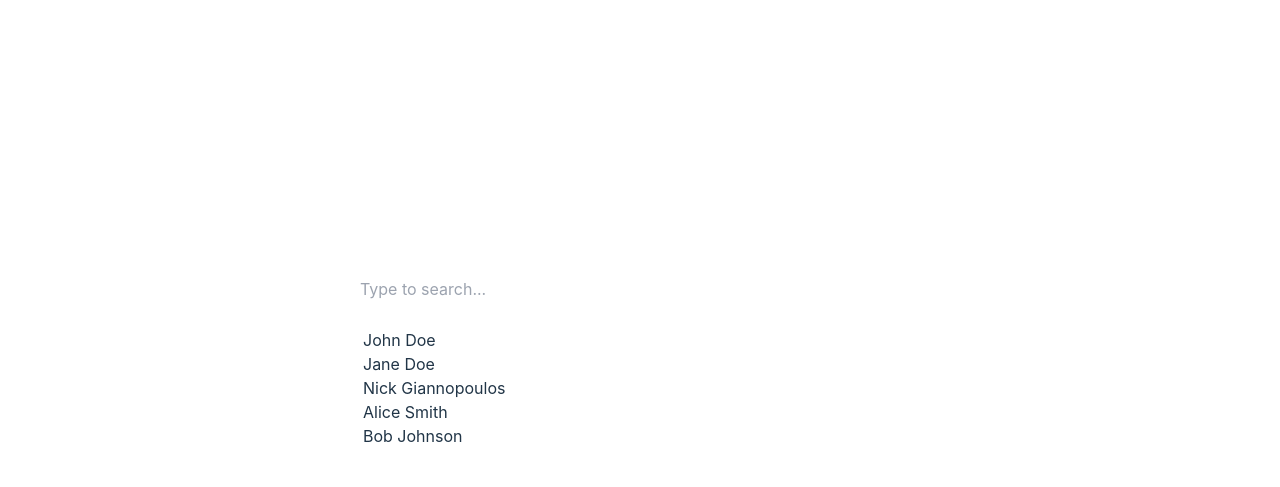
Repository: Ayansaxena24/Chip
Page: /
The author's editor kept a copy of each file at every save. The page is drawn from the files as they stood at one save, then again after the next save.
The browser window is 1280 px wide. The pictures show the whole page.
Some web libraries are served in a nearby version. The project was rebuilt for these pictures with package versions that can differ from the ones it lists, and the page was loaded fresh each time. Also part of the build but not shown: vite.config.ts, src/ChipInput.css.

Above is the page before, as saved 2024-01-16 03:27:33.

### index.html
<!doctype html>
<html lang="en">
  <head>
    <meta charset="UTF-8" />
    <link rel="icon" type="image/svg+xml" href="/vite.svg" />
    <meta name="viewport" content="width=device-width, initial-scale=1.0" />
    <script src="https://cdn.tailwindcss.com"></script>    <title>Vite + React + TS</title>
  </head>
  <body>
    <div id="root"></div>
    <script type="module" src="/src/main.tsx"></script>
  </body>
</html>

### src/App.tsx
import { BrowserRouter as Router, Routes, Route } from 'react-router-dom'
import ChipInput from './chipInput'

const App = () => {
  return (
    <Router>
      <Routes>
      <Route path="/" element={<ChipInput />} />
      </Routes>
    </Router>
  )
}

export default App

### src/ChipInput.tsx
// ChipInput.tsx

import React, {
  useState,
  useRef,
  useEffect,
  KeyboardEvent,
  ChangeEvent,
} from "react";
import "./ChipInput.css"; // Import your CSS file (e.g., TailwindCss/SCSS)

interface Chip {
  id: number;
  label: string;
}

const ChipInput: React.FC = () => {
  const [inputValue, setInputValue] = useState<string>("");
  const [chips, setChips] = useState<Chip[]>([]);
  const [filteredItems, setFilteredItems] = useState<string[]>([]);
  const inputRef = useRef<HTMLInputElement>(null);

  const items = [
    "John Doe",
    "Jane Doe",
    "Nick Giannopoulos",
    "Alice Smith",
    "Bob Johnson",
  ];

  useEffect(() => {
    setFilteredItems(
      items.filter((item) => !chips.find((chip) => chip.label === item))
    );
  }, [chips]);

  const handleInputChange = (e: ChangeEvent<HTMLInputElement>) => {
    const value = e.target.value;
    setInputValue(value);

    if (value.trim() === "" && chips.length > 0) {
      highlightLastChip();
    } else {
      setFilteredItems(
        items.filter((item) => item.toLowerCase().includes(value.toLowerCase()))
      );
    }
  };

  const handleChipClick = (item: string) => {
    setChips((prevChips) => [...prevChips, { id: Date.now(), label: item }]);
    setInputValue("");
  };

  const handleChipRemove = (id: number) => {
    setChips((prevChips) => prevChips.filter((chip) => chip.id !== id));
  };

  const handleInputKeyDown = (e: KeyboardEvent<HTMLInputElement>) => {
    if (e.key === "Backspace" && inputValue === "" && chips.length > 0) {
      e.preventDefault();
      const lastChip = chips[chips.length - 1];
      handleChipRemove(lastChip.id);
    }
  };

  const highlightLastChip = () => {
    const lastChip = document.querySelector(".chip:last-child");
    if (lastChip) {
      lastChip.classList.add("highlighted");
    }
  };

  return (
    <div className="w-screen flex justify-center items-center">
      <div className="flex flex-col w-[80vh]">
        <div className="flex flex-wrap">
          {chips.map((chip) => (
            <div
              key={chip.id}
              className="bg-[#037bfc] text-white rounded-md m-[5px] pr-[30px] pl-[10px] py-[12px] cursor-pointer flex items-center relative"
              onClick={() => handleChipRemove(chip.id)}
            >
              {chip.label}
              <span className="hover:border-white hover:bg-red-600 hover:border-2 hover:rounded-md px-1 mx-2 absolute right-0">X</span>
            </div>
          ))}
          <input
            ref={inputRef}
            type="text"
            value={inputValue}
            onChange={handleInputChange}
            onKeyDown={handleInputKeyDown}
            placeholder="Type to search..."
            className="rounded-md w-full pl-2 py-4"
          />
        </div>
        <ul className="cursor-pointer p-[5px] m-[5px] border-white rounded-md border-[1px] border-solid">
          {filteredItems.map((item) => (
            <li className="" key={item} onClick={() => handleChipClick(item)}>
              {item}
            </li>
          ))}
        </ul>
      </div>
    </div>
  );
};

export default ChipInput;

Loaded but not shown: src/main.tsx (common file); src/index.css (common file)

After the next save:
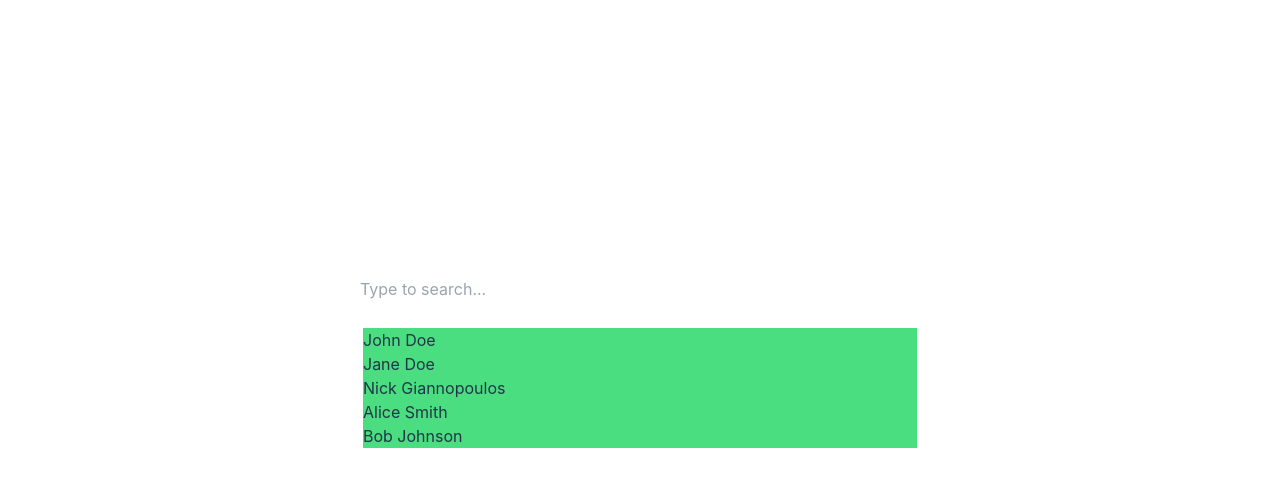
Saved 9 s later.
--- a/src/ChipInput.tsx
+++ b/src/ChipInput.tsx
@@ -97,7 +97,7 @@ const ChipInput: React.FC = () => {
         </div>
         <ul className="cursor-pointer p-[5px] m-[5px] border-white rounded-md border-[1px] border-solid">
           {filteredItems.map((item) => (
-            <li className="" key={item} onClick={() => handleChipClick(item)}>
+            <li className="bg-green-400" key={item} onClick={() => handleChipClick(item)}>
               {item}
             </li>
           ))}
